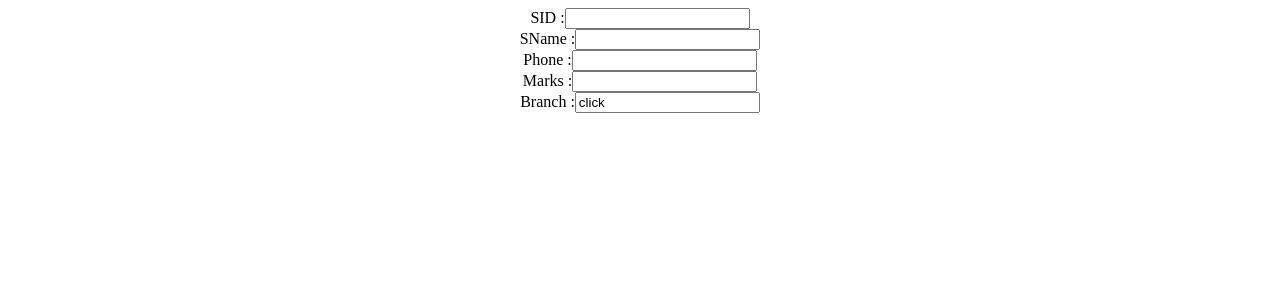
Repository: Vaishnavijorwekar5/VaishnaviJorwekar-20136559
Page: Question2/src/main/webapp/Demo.html
An editor plug-in stored every save of this project. The page is shown before and after the next save, followed by the edit.
The browser window is 1280 px wide. The pictures show the whole page.

Above is the page before, as saved 2023-07-11 05:49:30.

### Question2/src/main/webapp/Demo.html
<!DOCTYPE html>
<html>
<head>
<meta charset="ISO-8859-1">
<title>Insert title here</title>
</head>
<body>
<div style = "text-align:center">
   <form action  = Demo >
   SID :<input type = "text" name = "uSid"><br>
   SName :<input type = "text" name = "uSname"><br>
   Phone :<input type = "text" name = "uPhone"><br>
   Marks :<input type = "text" name = "uMarks"><br>
   Branch :<input type = "text" name = "uBranch><br>
    Submit :       <input type = "submit" value = "click">


 </form>
</div>


</body>
</html>

After the next save:
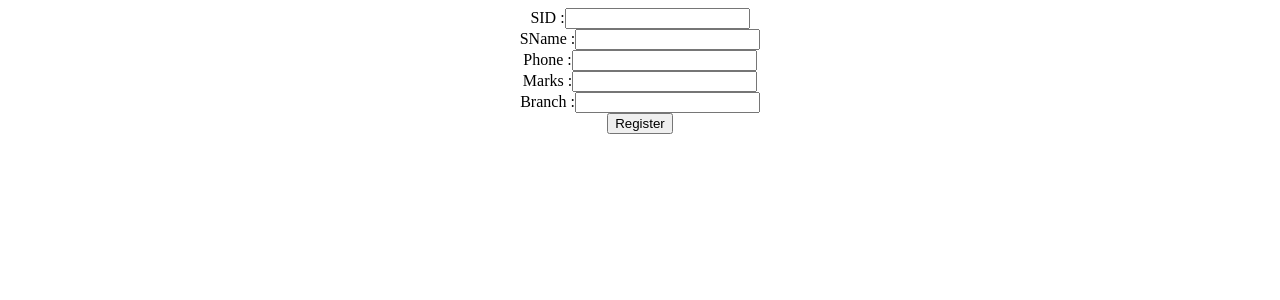
Saved 100 s later.
--- a/Question2/src/main/webapp/Demo.html
+++ b/Question2/src/main/webapp/Demo.html
@@ -11,8 +11,9 @@
    SName :<input type = "text" name = "uSname"><br>
    Phone :<input type = "text" name = "uPhone"><br>
    Marks :<input type = "text" name = "uMarks"><br>
-   Branch :<input type = "text" name = "uBranch><br>
-    Submit :       <input type = "submit" value = "click">
+   Branch :<input type = "text" name = "uBranch"><br>
+
+           <input type = "submit" value = "Register">
 
 
  </form>
